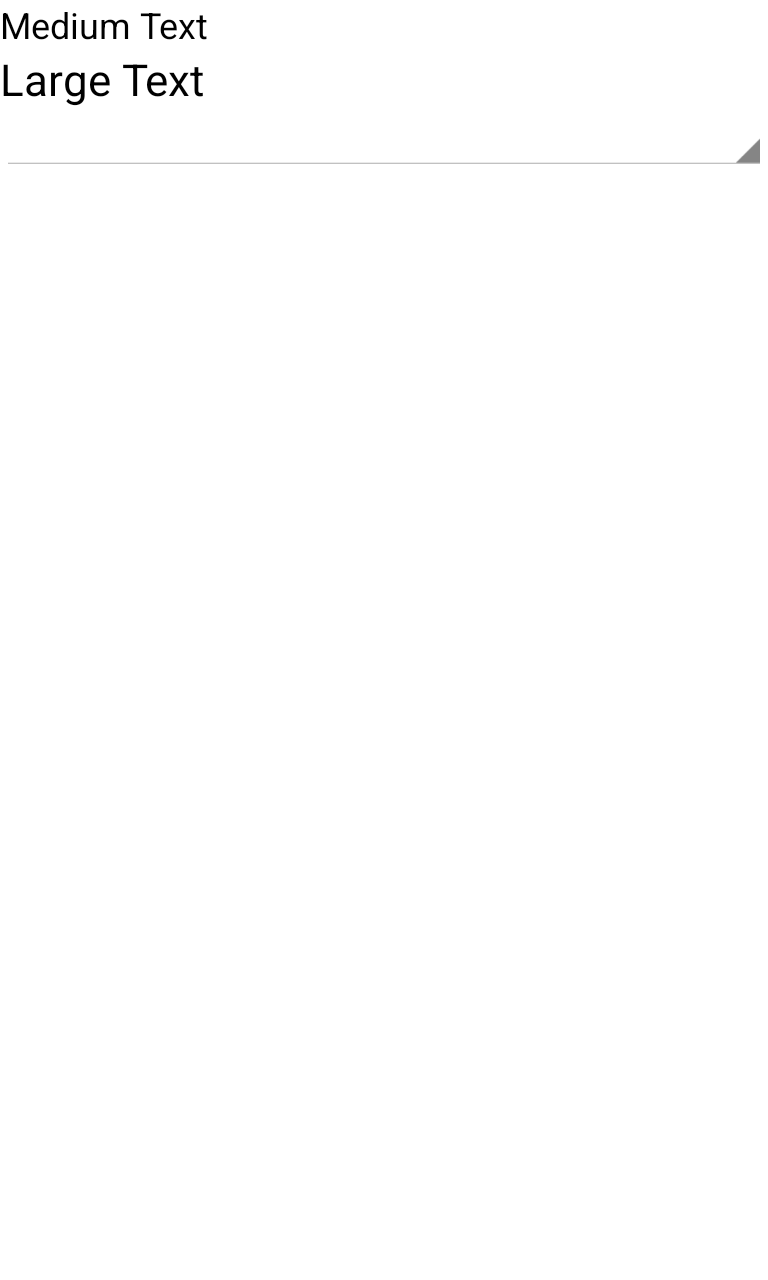
Repository: pcombi/android_dev
Layout: ExampleApp/res/layout/externaldata.xml
An editor plug-in stored every save of this project. The layout is shown before and after the next save, followed by the edit.
It is drawn on a 768 x 1280 px phone screen (xhdpi) without system bars, with theme AppTheme; the app's code is not run.

Above is the layout before, as saved 2012-12-25 17:41:59.

After the next save:
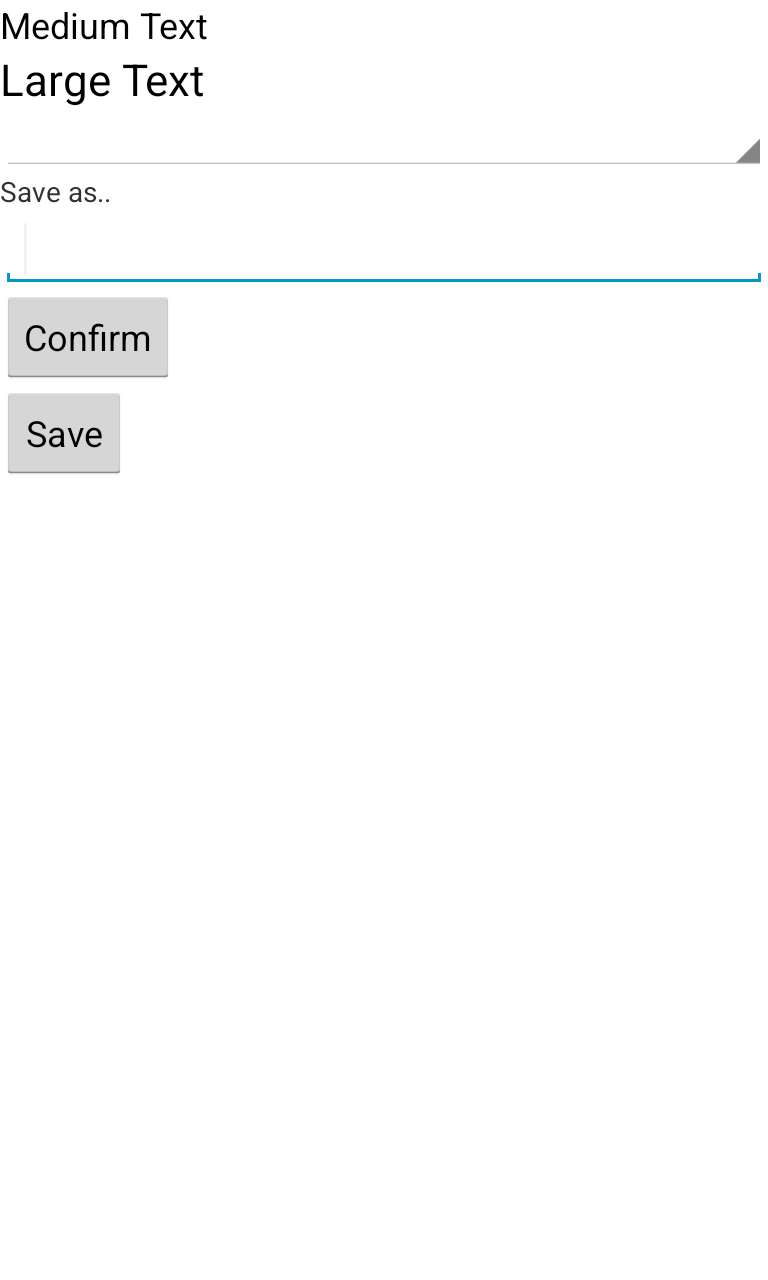
Saved 3 min 5 s later.
--- a/ExampleApp/res/layout/externaldata.xml
+++ b/ExampleApp/res/layout/externaldata.xml
@@ -23,4 +23,31 @@
         android:layout_width="match_parent"
         android:layout_height="wrap_content" />
 
+    <TextView
+        android:id="@+id/textView1"
+        android:layout_width="wrap_content"
+        android:layout_height="wrap_content"
+        android:text="Save as.." />
+
+    <EditText
+        android:id="@+id/etSaveAs"
+        android:layout_width="match_parent"
+        android:layout_height="wrap_content"
+        android:ems="10" >
+
+        <requestFocus />
+    </EditText>
+
+    <Button
+        android:id="@+id/bConfirm"
+        android:layout_width="wrap_content"
+        android:layout_height="wrap_content"
+        android:text="Confirm" />
+
+    <Button
+        android:id="@+id/bSaveFile"
+        android:layout_width="wrap_content"
+        android:layout_height="wrap_content"
+        android:text="Save" />
+
 </LinearLayout>
